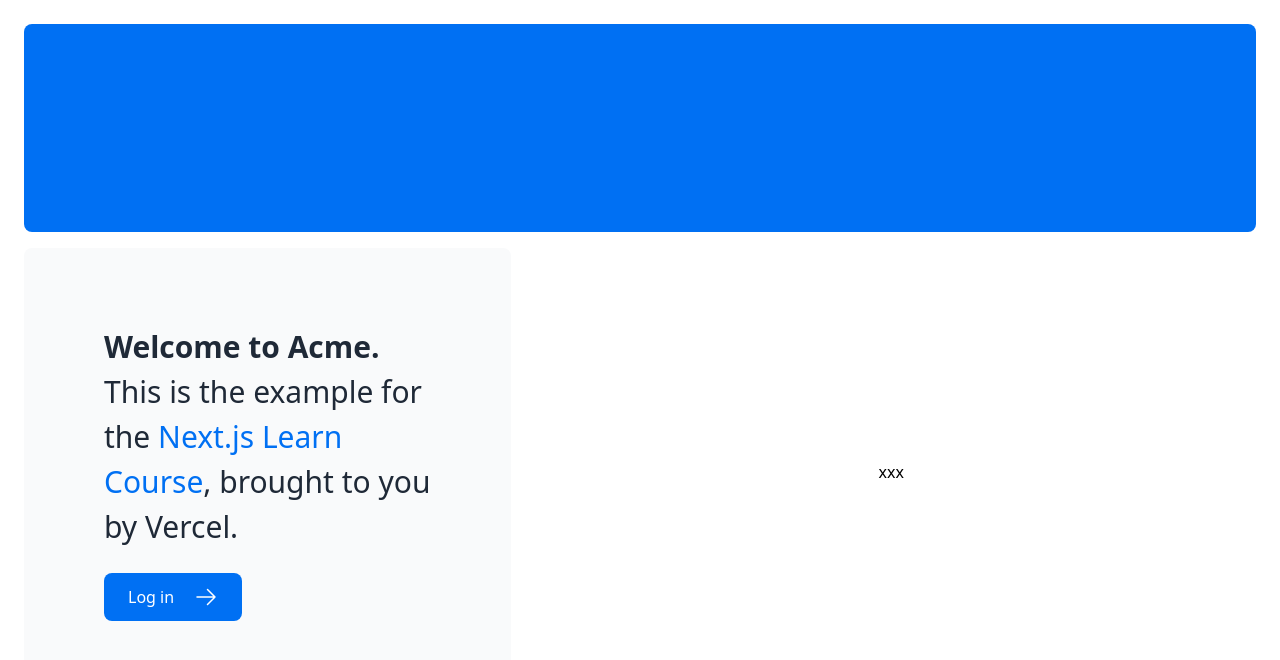
Repository: minzhenyu/nextjs-dashboard
Page: /
An editor plug-in stored every save of this project. The page is shown before and after the next save, followed by the edit.
The browser window is 1280 px wide. The pictures show the whole page.
The project was rebuilt for these pictures with package versions that can differ from the ones it lists, and the page was loaded fresh each time. The framework's server and built-in components were replaced by stand-ins that run in the browser. Also part of the build but not shown: next.config.ts.

Above is the page before, as saved 2024-11-22 10:26:59.

### app/page.tsx
import AcmeLogo from '@/app/ui/acme-logo';
import { ArrowRightIcon } from '@heroicons/react/24/outline';
import Link from 'next/link';

export default function Page() {
  return (
    <main className="flex min-h-screen flex-col p-6">
      <div className="flex h-20 shrink-0 items-end rounded-lg bg-blue-500 p-4 md:h-52">
        {/* <AcmeLogo /> */}
      </div>
      <div className="mt-4 flex grow flex-col gap-4 md:flex-row">
        <div className="flex flex-col justify-center gap-6 rounded-lg bg-gray-50 px-6 py-10 md:w-2/5 md:px-20">
          <p className={`text-xl text-gray-800 md:text-3xl md:leading-normal`}>
            <strong>Welcome to Acme.</strong> This is the example for the{' '}
            <a href="https://nextjs.org/learn/" className="text-blue-500">
              Next.js Learn Course
            </a>
            , brought to you by Vercel.
          </p>
          <Link
            href="/login"
            className="flex items-center gap-5 self-start rounded-lg bg-blue-500 px-6 py-3 text-sm font-medium text-white transition-colors hover:bg-blue-400 md:text-base"
          >
            <span>Log in</span> <ArrowRightIcon className="w-5 md:w-6" />
          </Link>
        </div>
        <div className="flex items-center justify-center p-6 md:w-3/5 md:px-28 md:py-12">
          {/* Add Hero Images Here */}
          xxx
        </div>
      </div>
    </main>
  );
}

Loaded but not shown: app/layout.tsx (common file); app/ui/global.css (common file); tailwind.config.ts (common file)

After the next save:
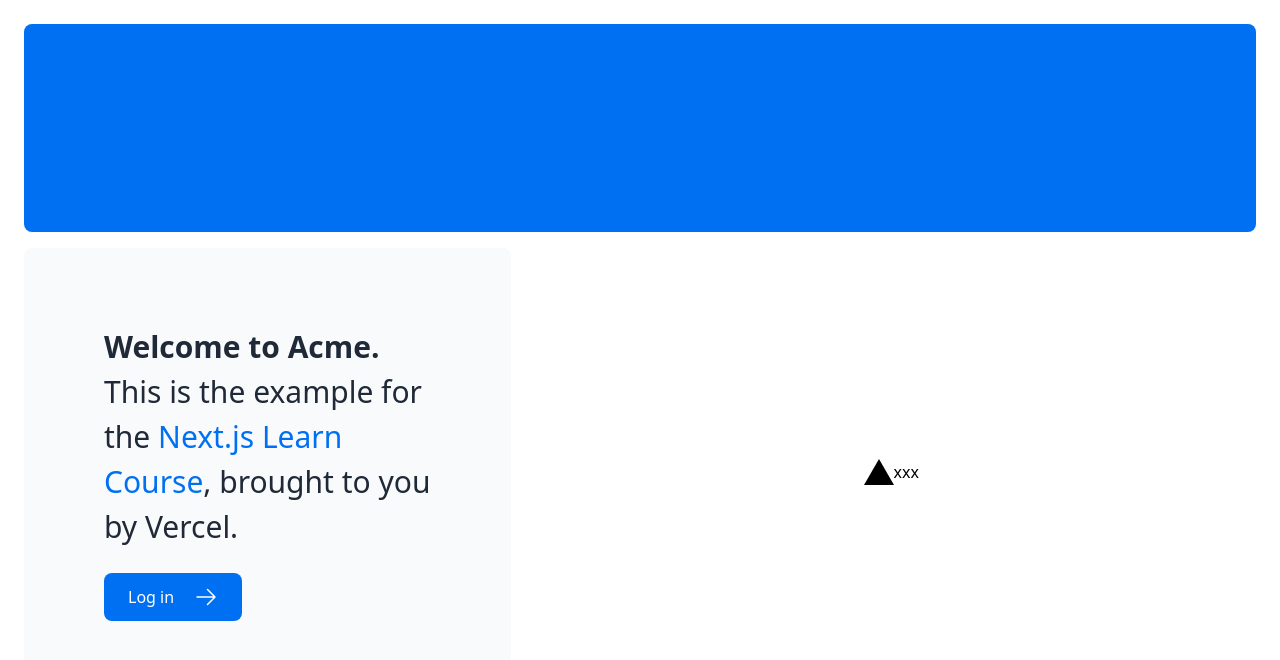
Saved 41 s later.
--- a/app/page.tsx
+++ b/app/page.tsx
@@ -25,6 +25,10 @@
           </Link>
         </div>
         <div className="flex items-center justify-center p-6 md:w-3/5 md:px-28 md:py-12">
+
+        <div
+  className="relative w-0 h-0 border-l-[15px] border-r-[15px] border-b-[26px] border-l-transparent border-r-transparent border-b-black"
+/>
           {/* Add Hero Images Here */}
           xxx
         </div>
